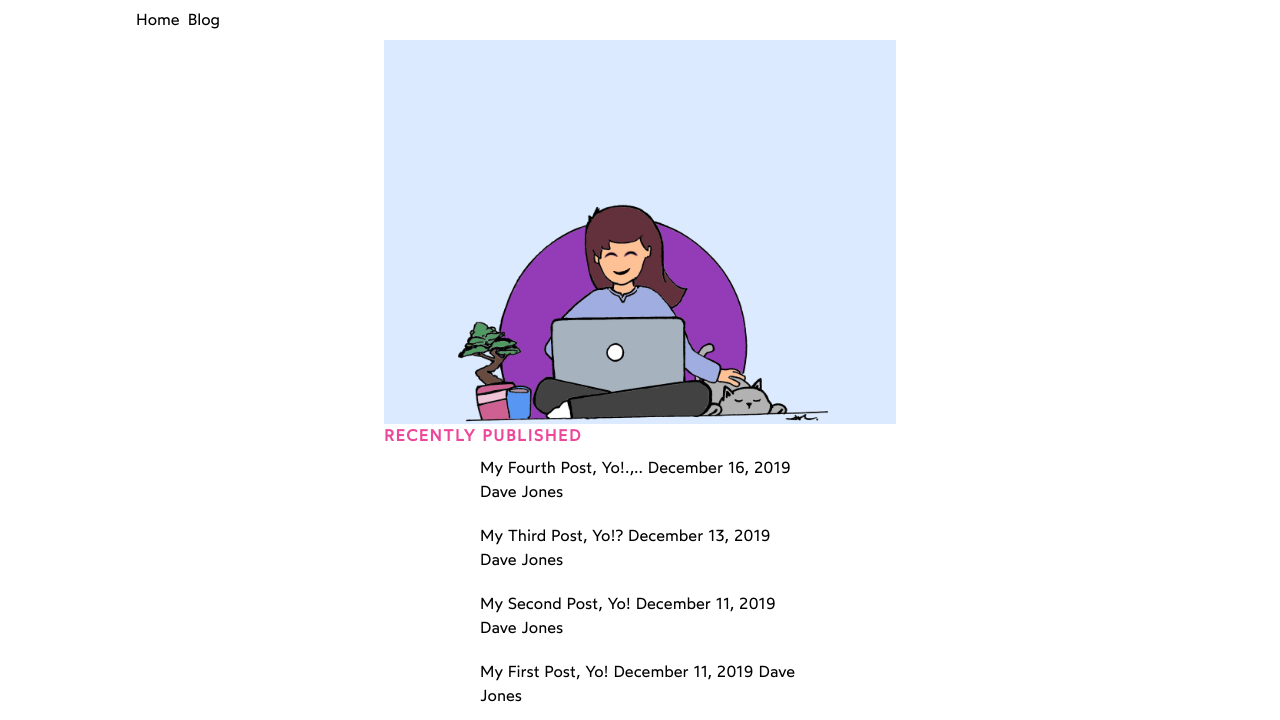
Repository: Risclover/markdown-blog
Page: /
The author's editor kept a copy of each file at every save. The page is drawn from the files as they stood at one save, then again after a run of saves.
The browser window is 1280 px wide. The pictures show the whole page.
The project was rebuilt for these pictures with package versions that can differ from the ones it lists, and the page was loaded fresh each time.

Above is the page before, as saved 2023-06-28 10:19:17.

### src/index.js
import React from "react";
import ReactDOM from "react-dom/client";
import { BrowserRouter as Router } from "react-router-dom";
import "./fonts/wotfard-cufonfonts-webfont/style.css";

import "./index.css";
import App from "./App";

const root = ReactDOM.createRoot(document.getElementById("root"));
root.render(
  <Router>
    <App />
  </Router>
);

### src/fonts/wotfard-cufonfonts-webfont/style.css
/* #### Generated By: http://www.cufonfonts.com #### */

    @font-face {
    font-family: 'Wotfard Regular';
    font-style: normal;
    font-weight: normal;
    src: local('Wotfard Regular'), url('Wotfard-Regular.woff') format('woff');
    }

### src/index.css
*,
*::before,
*::after {
  box-sizing: border-box;
}
* {
  margin: 0;
}
body {
  line-height: 1.5;
  min-height: 100vh;
  -webkit-font-smoothing: antialiased;
}
img,
picture,
video,
canvas,
svg {
  display: block;
  max-width: 100%;
}
input,
button,
textarea,
select {
  font: inherit;
}
p,
h1,
h2,
h3,
h4,
h5,
h6 {
  overflow-wrap: break-word;
}
#root,
#__next {
  isolation: isolate;
}

### src/App.js
import "./App.css";
import { Route, Routes } from "react-router-dom";
import Home from "./pages/Home";
import NavBar from "./components/NavBar";

function App() {
  return (
    <div className="bg-white-100 min-h-screen">
      <div className="max-w-screen-lg m-auto">
        <header>
          <NavBar />
        </header>
        <Routes>
          <Route path="/" element={<Home />} />
        </Routes>
      </div>
    </div>
  );
}

export default App;

### src/pages/Home.js
import React, { useEffect } from "react";
import postList from "../posts.json";
import HomeHeader from "../components/HomeHeader";

export default function Home() {
  console.log(postList);

  postList.sort((a, b) => {
    let aPost = a.timestamp;
    let bPost = b.timestamp;

    return bPost - aPost;
  });

  return (
    <div className="container max-w-lg font-sans mx-auto border-black-4">
      <HomeHeader />
      <h2 className="uppercase text-base font-semibold tracking-widest text-pink-500">
        Recently Published
      </h2>
      <div className="grid grid-cols-1 gap-1 grid-flow-row">
        {postList.map((post) => (
          <div key={post.id} className="container px-24 py-2 bg-white">
            {post.title} {post.date} {post.author}
          </div>
        ))}
      </div>
    </div>
  );
}

### src/components/NavBar.js
import React from "react";

export default function NavBar() {
  return (
    <div className="py-2">
      <ul className="flex">
        <li className="mx-2">Home</li>
        <li>Blog</li>
      </ul>
    </div>
  );
}

### src/posts.json
[{"id":4,"title":"My Third Post, Yo!?","subtitle":"No subtitle given","description":"No description given","author":"Dave Jones","date":"December 13, 2019","timestamp":1576224000,"content":"\nWelcome to My Blog. _It's a beautiful thing._ I hope you'll have as much fun reading my posts as I have writing them. Well, before we go any further, allow me to introduce myself. I'm Dave Jones. I'm 34, and from Montreal, Canada.\n"},{"id":3,"title":"My Second Post, Yo!","subtitle":"No subtitle given","description":"No description given","author":"Dave Jones","date":"December 11, 2019","timestamp":1576051200,"content":"\nWelcome to My Blog. _It's a beautiful thing._ I hope you'll have as much fun reading my posts as I have writing them. Well, before we go any further, allow me to introduce myself. I'm Dave Jones. I'm 34, and from Montreal, Canada.\n"},{"id":2,"title":"My Fourth Post, Yo!.,..","subtitle":"No subtitle given","description":"No description given","author":"Dave Jones","date":"December 16, 2019","timestamp":1576483200,"content":"\nWelcome to My Blog. _It's a beautiful thing._ I hope you'll have as much fun reading my posts as I have writing them. Well, before we go any further, allow me to introduce myself. I'm Dave Jones. I'm 34, and from Montreal, Canada.\n"},{"id":1,"title":"My First Post, Yo!","subtitle":"This is a subtitle.","description":"Happy Pride month! In this tutorial, I'll share a handful of my favourite animation tricks. You'll learn how to build an animated wavy pride flag using CSS keyframes and linear gradients. We'll also see how to make it dynamic using React. 🏳️‍🌈","author":"Dave Jones","date":"December 11, 2019","timestamp":1576051200,"content":"\nWelcome to My Blog. _It's a beautiful thing._ I hope you'll have as much fun reading my posts as I have writing them. Well, before we go any further, allow me to introduce myself. I'm Dave Jones. I'm 34, and from Montreal, Canada.\n"}]

### src/components/HomeHeader.js
import React from "react";
import Avatar from "../images/avatar.png";
export default function HomeHeader() {
  return (
    <div className="h-96 bg-blue-100 flex flex-col justify-end">
      <div>
        <img className="w-9/12 m-auto border-black-4" src={Avatar} />
      </div>
    </div>
  );
}

### tailwind.config.js
/** @type {import('tailwindcss').Config} */
module.exports = {
  content: [
    "./app/**/*.{js,ts,jsx,tsx,mdx}",
    "./pages/**/*.{js,ts,jsx,tsx,mdx}",
    "./components/**/*.{js,ts,jsx,tsx,mdx}",

    // Or if using `src` directory:
    "./src/**/*.{js,ts,jsx,tsx,mdx}",
  ],
  theme: {
    fontFamily: {
      sans: ["Wotfard Regular", "sans-serif"],
    },
    extend: {},
  },
  plugins: [],
};

Loaded but not shown: public/index.html (common file); src/App.css (common file)

After the next 2 saves:
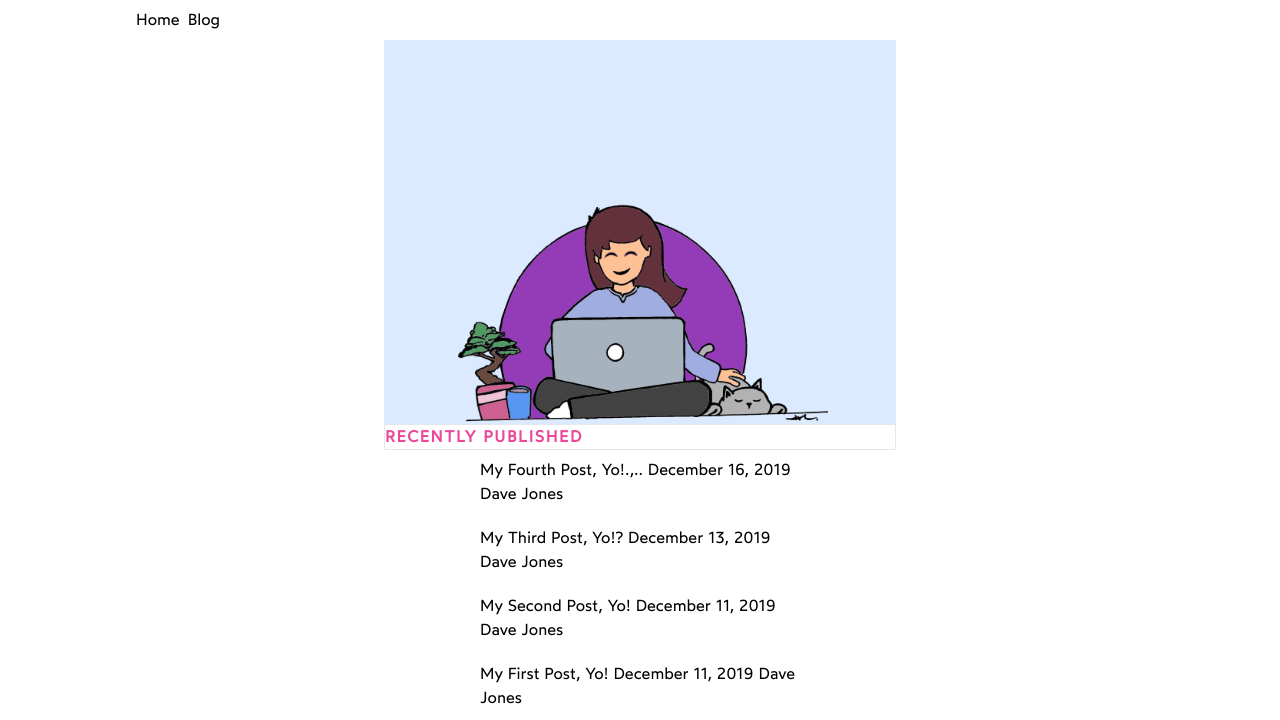
The 2 saves are shown as one change because they came seconds apart.
The last was saved 3 min 41 s later.
--- a/src/pages/Home.js
+++ b/src/pages/Home.js
@@ -15,7 +15,7 @@
   return (
     <div className="container max-w-lg font-sans mx-auto border-black-4">
       <HomeHeader />
-      <h2 className="uppercase text-base font-semibold tracking-widest text-pink-500">
+      <h2 className="uppercase border text-base font-semibold tracking-widest text-pink-500">
         Recently Published
       </h2>
       <div className="grid grid-cols-1 gap-1 grid-flow-row">

After the save that followed:
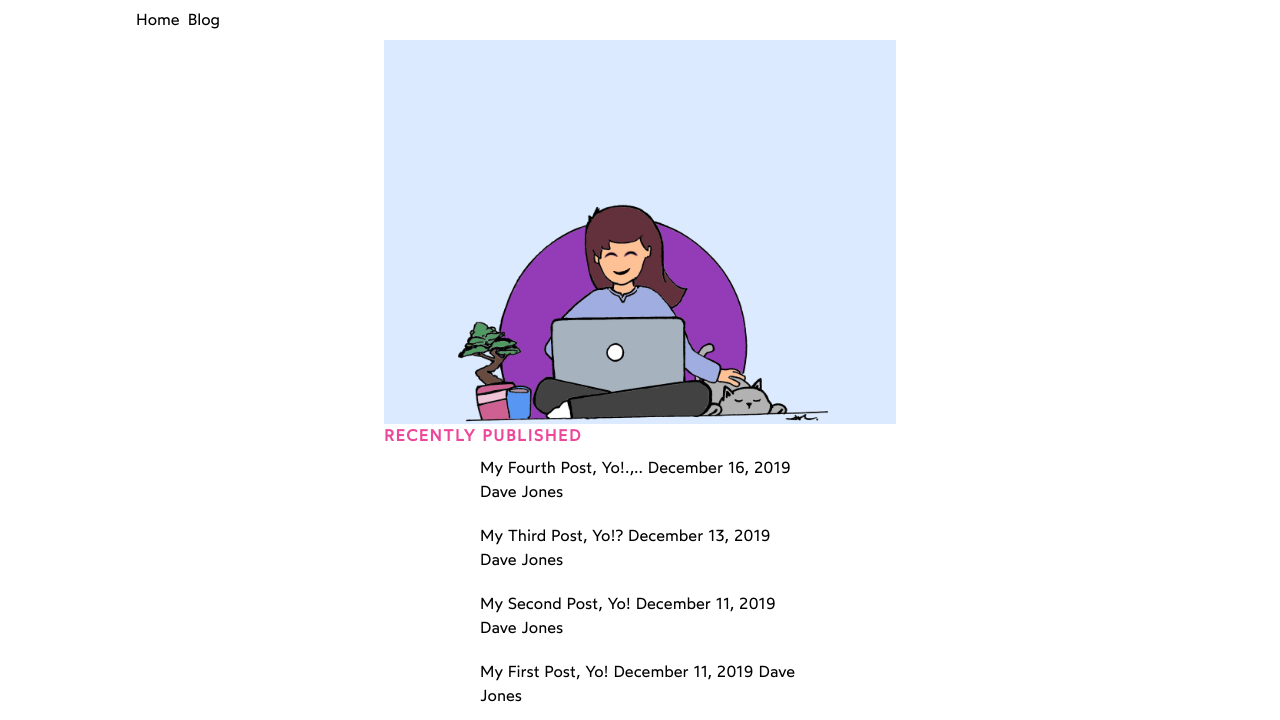
Saved 4 s later.
--- a/src/pages/Home.js
+++ b/src/pages/Home.js
@@ -15,7 +15,7 @@
   return (
     <div className="container max-w-lg font-sans mx-auto border-black-4">
       <HomeHeader />
-      <h2 className="uppercase border text-base font-semibold tracking-widest text-pink-500">
+      <h2 className="uppercase text-base font-semibold tracking-widest text-pink-500">
         Recently Published
       </h2>
       <div className="grid grid-cols-1 gap-1 grid-flow-row">
